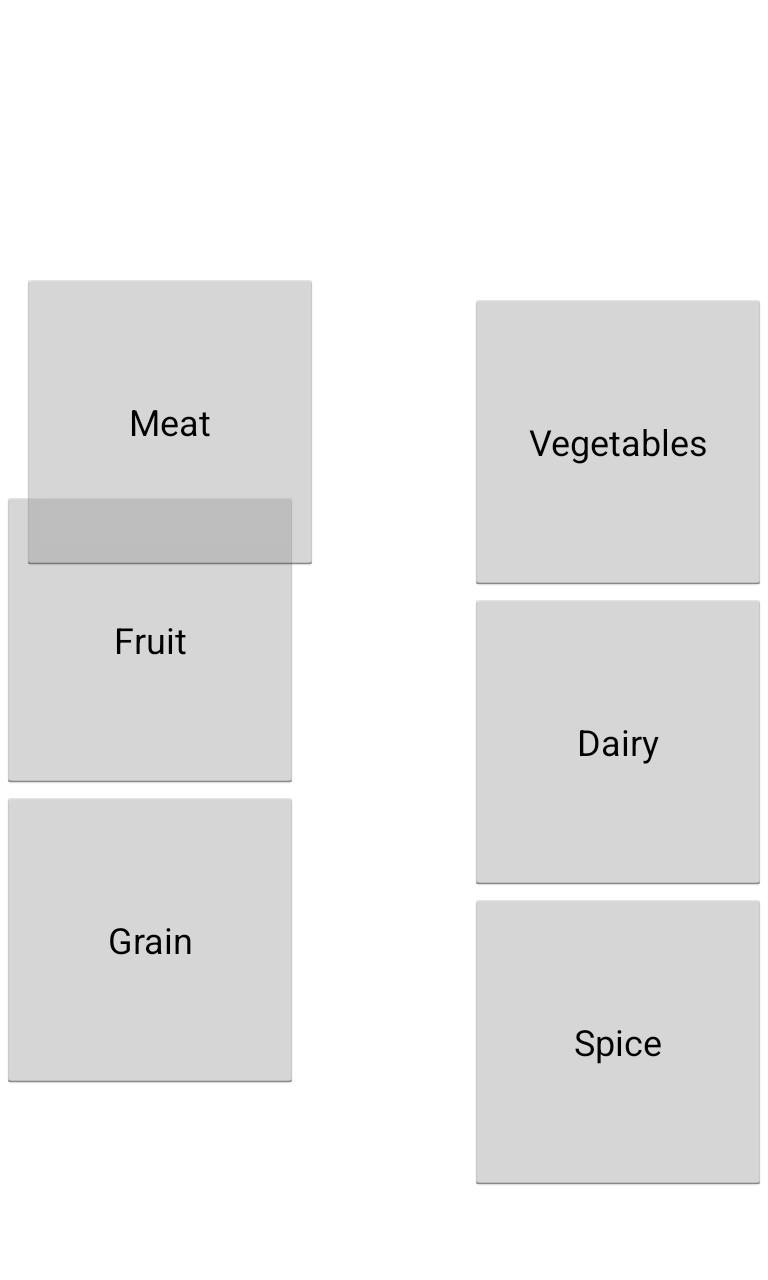
Repository: jmwood22/Boyardroid
Layout: Boyardroid/res/layout/activity_quick_recipe.xml
These files come from the project's save history. The layout is drawn as it stood at one moment and after the next save; the edit follows.
It is drawn on a 768 x 1280 px phone screen (xhdpi) without system bars, with theme AppTheme; the app's code is not run.

Above is the layout before, as saved 2013-02-22 02:04:49.

After the next save:
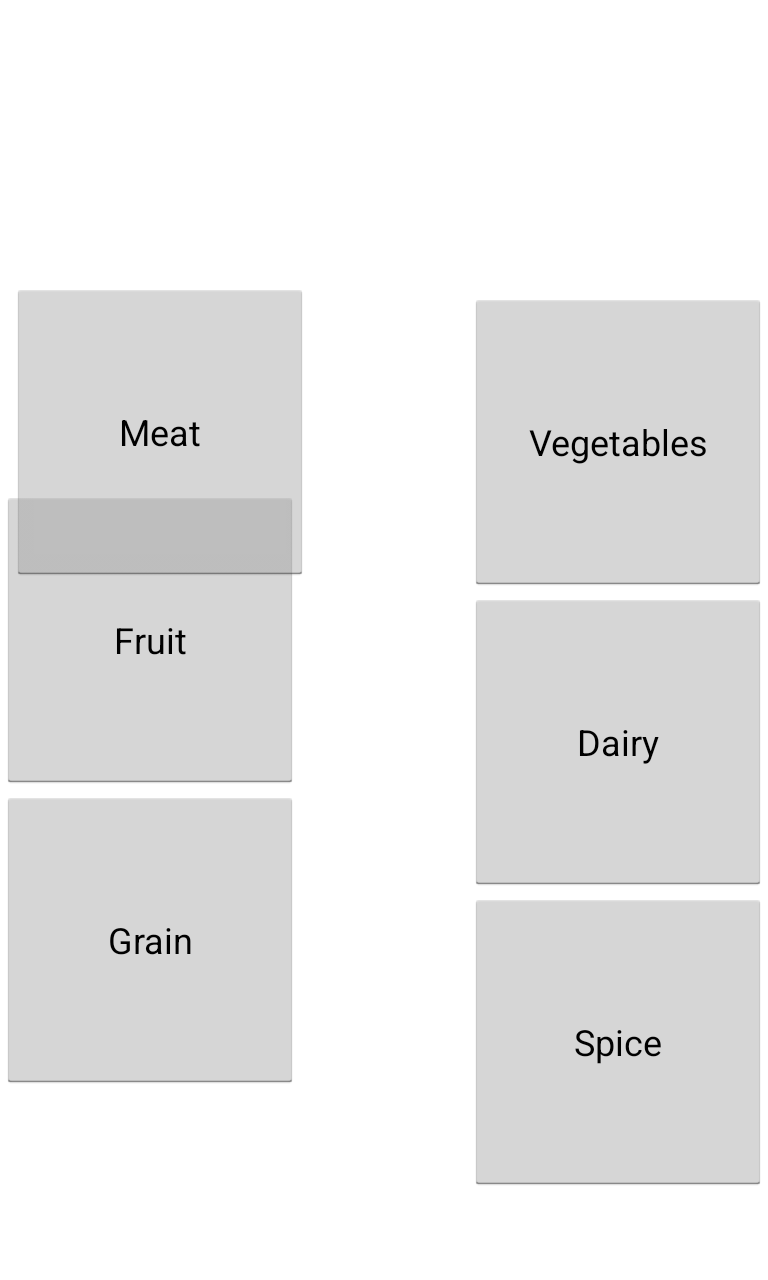
Saved 9 s later.
--- a/Boyardroid/res/layout/activity_quick_recipe.xml
+++ b/Boyardroid/res/layout/activity_quick_recipe.xml
@@ -35,7 +35,7 @@
         android:layout_height="150dp"
         android:layout_above="@+id/dairy"
         android:layout_alignParentLeft="true"
-        android:layout_margin="10dip"
+        android:layout_margin="5dip"
         android:text="@string/meat" />
 
     <Button
